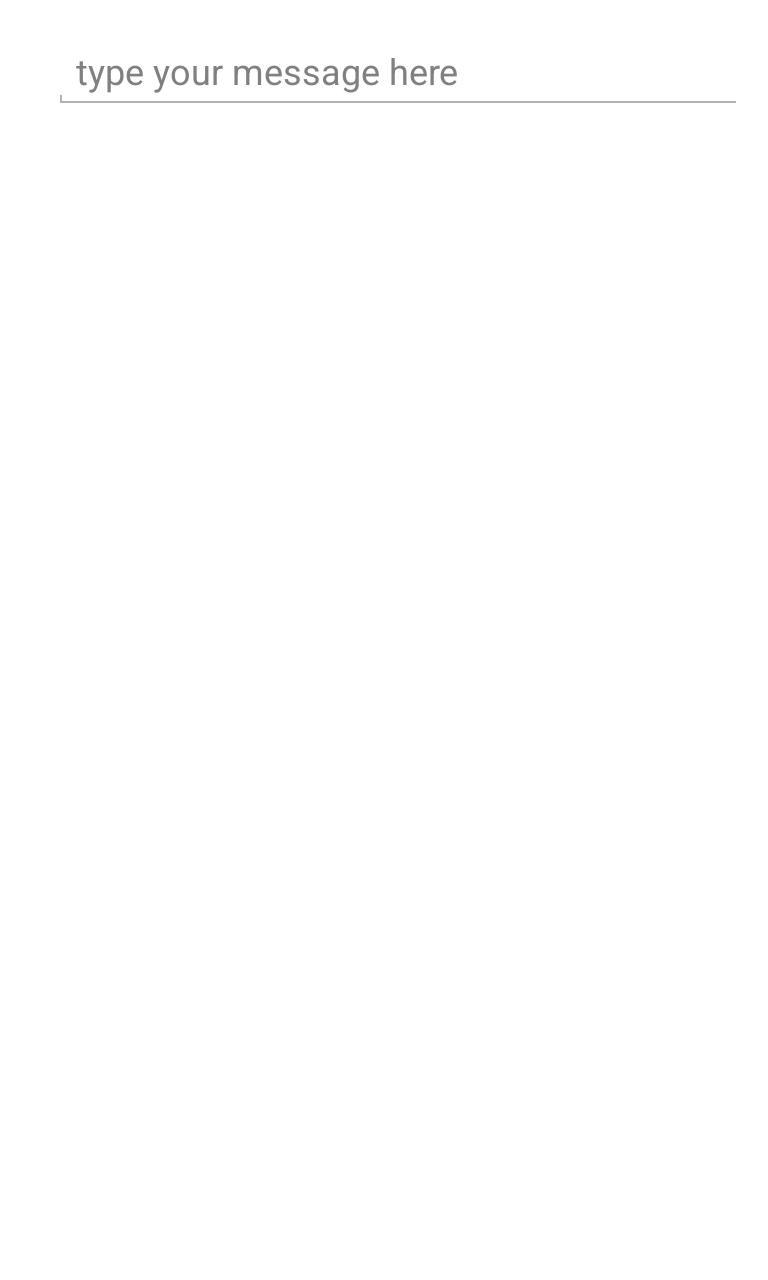
Repository: liujianpc/AndroidStudy
Layout: NinePatchTest/res/layout/activity_main.xml
These files come from the project's save history. The layout is drawn as it stood at one moment and after the next save; the edit follows.
It is drawn on a 768 x 1280 px phone screen (xhdpi) without system bars, with theme AppTheme; the app's code is not run. Lists and similar views that code fills are empty.

Above is the layout before, as saved 2016-07-25 05:55:10.

After the next save:
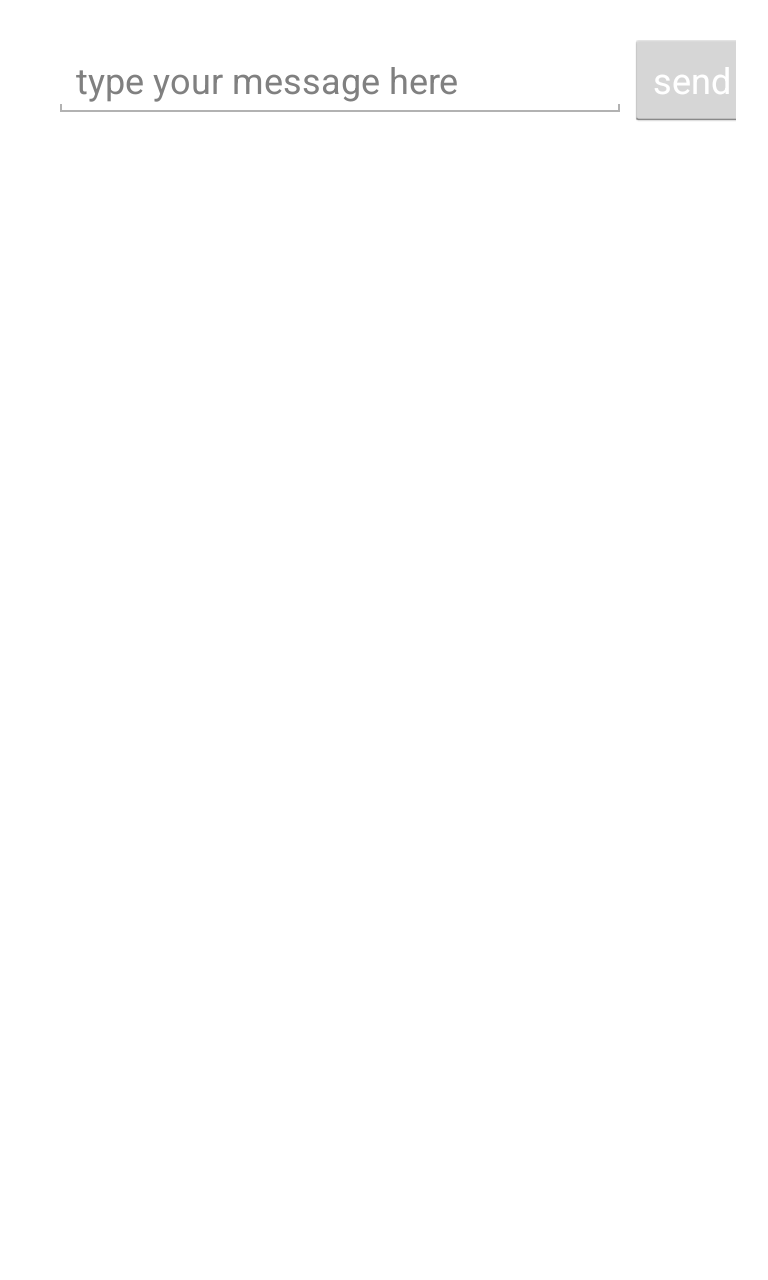
Saved 101 s later.
--- a/NinePatchTest/res/layout/activity_main.xml
+++ b/NinePatchTest/res/layout/activity_main.xml
@@ -28,6 +28,14 @@
             android:hint="type your message here"
             android:maxLines="2"
             />
+
+        <Button
+            android:id="@+id/send_button"
+            android:layout_width="wrap_content"
+            android:layout_height="wrap_content"
+            android:text="send"
+            android:textColor="#fff"
+            />
     </LinearLayout>
 
 </LinearLayout>
